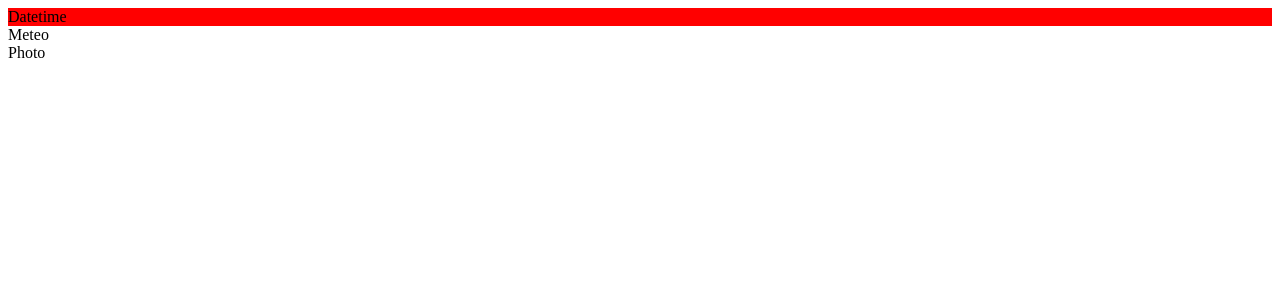
Repository: songvi/meteo
Page: /
The author's editor kept a copy of each file at every save. The page is drawn from the files as they stood at one save, then again after a run of saves.
The browser window is 1280 px wide. The pictures show the whole page.
The project was rebuilt for these pictures with package versions that can differ from the ones it lists, and the page was loaded fresh each time. Also part of the build but not shown: src/App.css.

Above is the page before, as saved 2023-04-02 22:43:13.

After the next 2 saves:
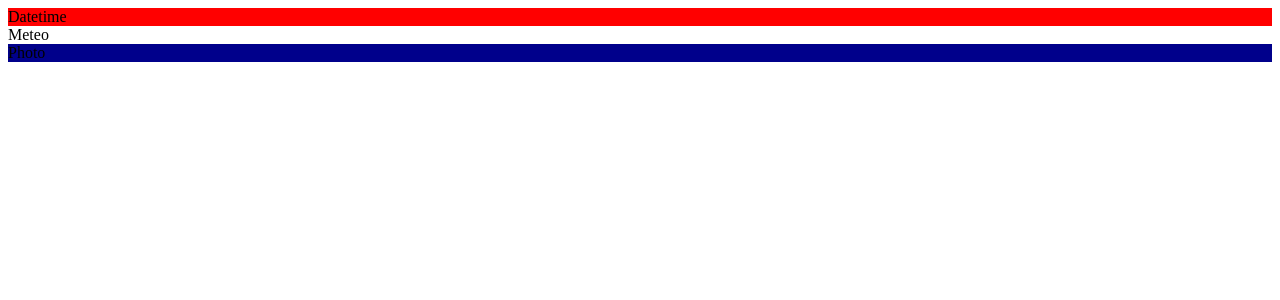
The 2 saves are shown as one change because 1 did not build or start.
The last was saved 11 s later.
--- a/src/features/media/Photo.tsx
+++ b/src/features/media/Photo.tsx
@@ -4,7 +4,7 @@ import React from 'react'
 
 const Photo = () => {
   return (
-    <Box sx={{backgroundColor: 'sky'}}>Photo</Box>
+    <Box sx={{backgroundColor: 'darkblue'}}>Photo</Box>
   )
 }
 
